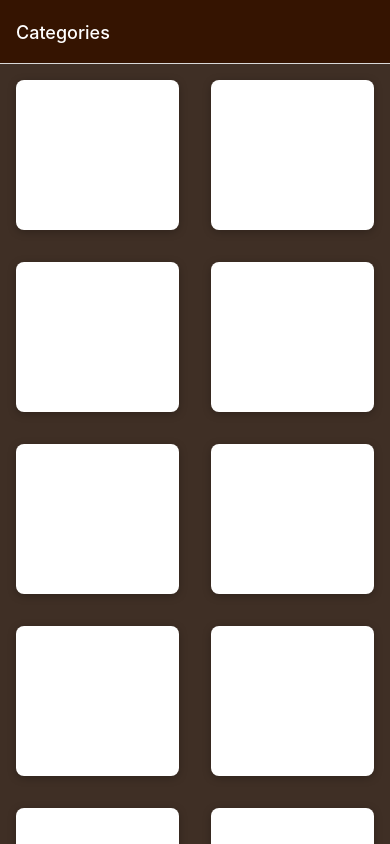
Repository: localanas/magasin_foot
Screen: /
An editor plug-in stored every save of this project. The screen is shown before and after the next save, followed by the edit.
An inner scrolling area shows only its first screen. The app was drawn by React Native's web renderer in a window 390 px wide. The project was rebuilt for these pictures with package versions that can differ from the ones it lists, and the page was loaded fresh each time. Also part of the build but not shown: components/MealItem.js, screens/MealsOverviewScreen.js.

Above is the screen before, as saved 2022-08-01 00:13:37.

After the next save:
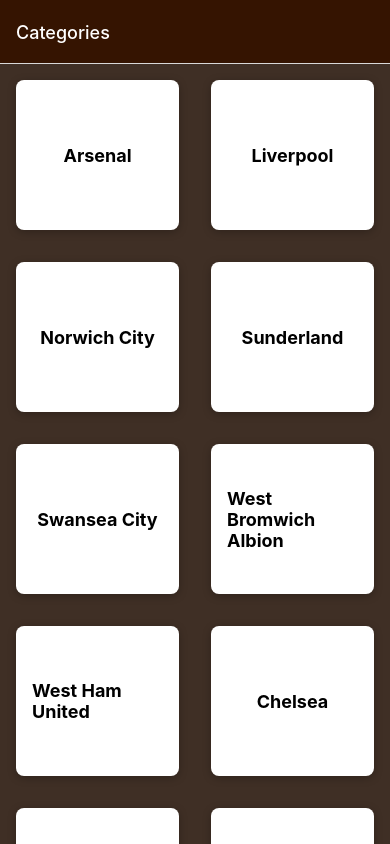
Saved 24 s later.
--- a/screens/CategoriesScreen.js
+++ b/screens/CategoriesScreen.js
@@ -13,8 +13,8 @@
 
     return (
       <CategoryGridTile
-        title={itemData.item.title}
-        color={itemData.item.color}
+        title={itemData.item.description}
+        color={itemData.item.prix}
         onPress={pressHandler}
       />
     );
